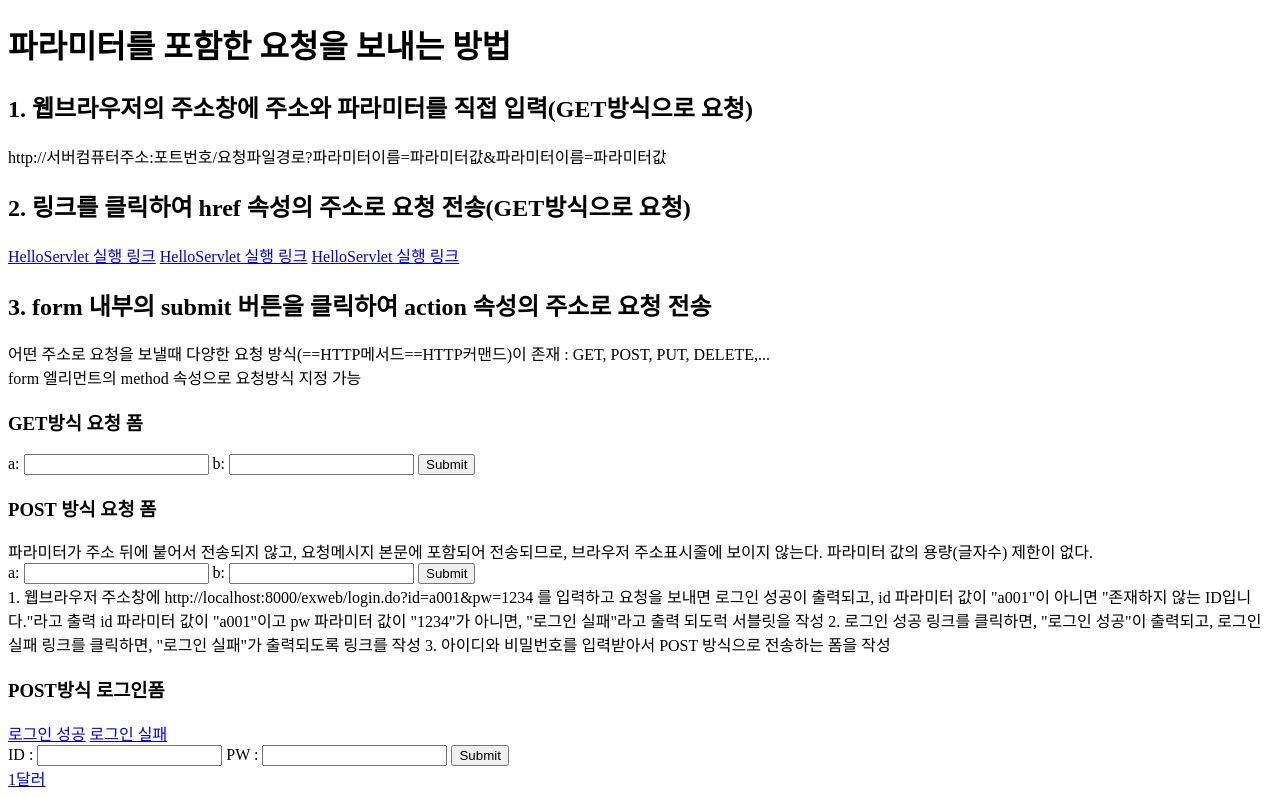
Repository: gywjd848/jeongblog
Page: workspace/exweb/WebContent/param.html
An editor plug-in stored every save of this project. The page is shown before and after the next save, followed by the edit.
The browser window is 1280 px wide. The pictures show the whole page.

Above is the page before, as saved 2020-05-15 06:38:18.

After the next save:
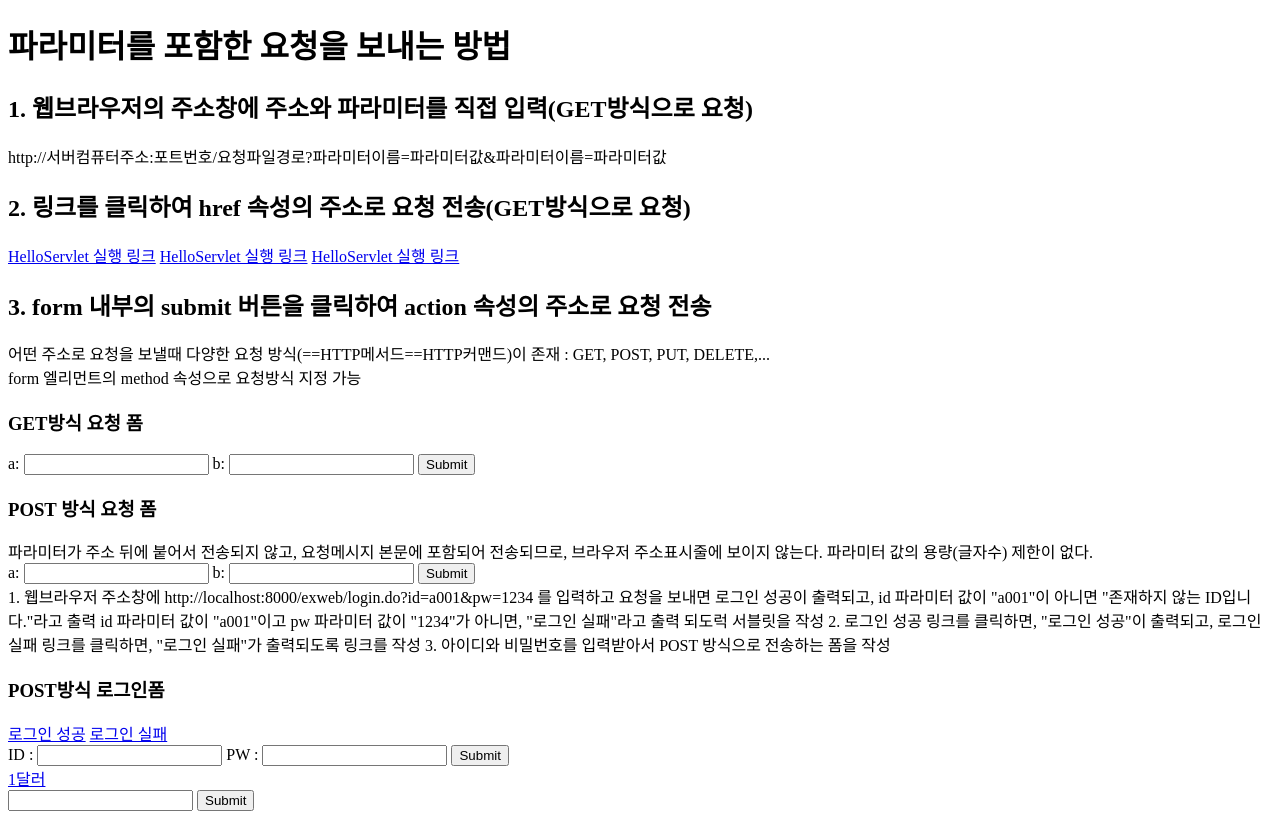
Saved 2 min 43 s later.
--- a/workspace/exweb/WebContent/param.html
+++ b/workspace/exweb/WebContent/param.html
@@ -59,5 +59,9 @@
 	<div>
 	<a href="http://localhost:8000/exweb/exchange.do?dollar=1">1달러</a>
 	</div>
+	<form action="http://localhost:8000/exweb/exchange.do" method="post">
+		<input type="text" name="dollar" />
+		<input type="submit" />
+	</form>
 	</body>
 </html>
